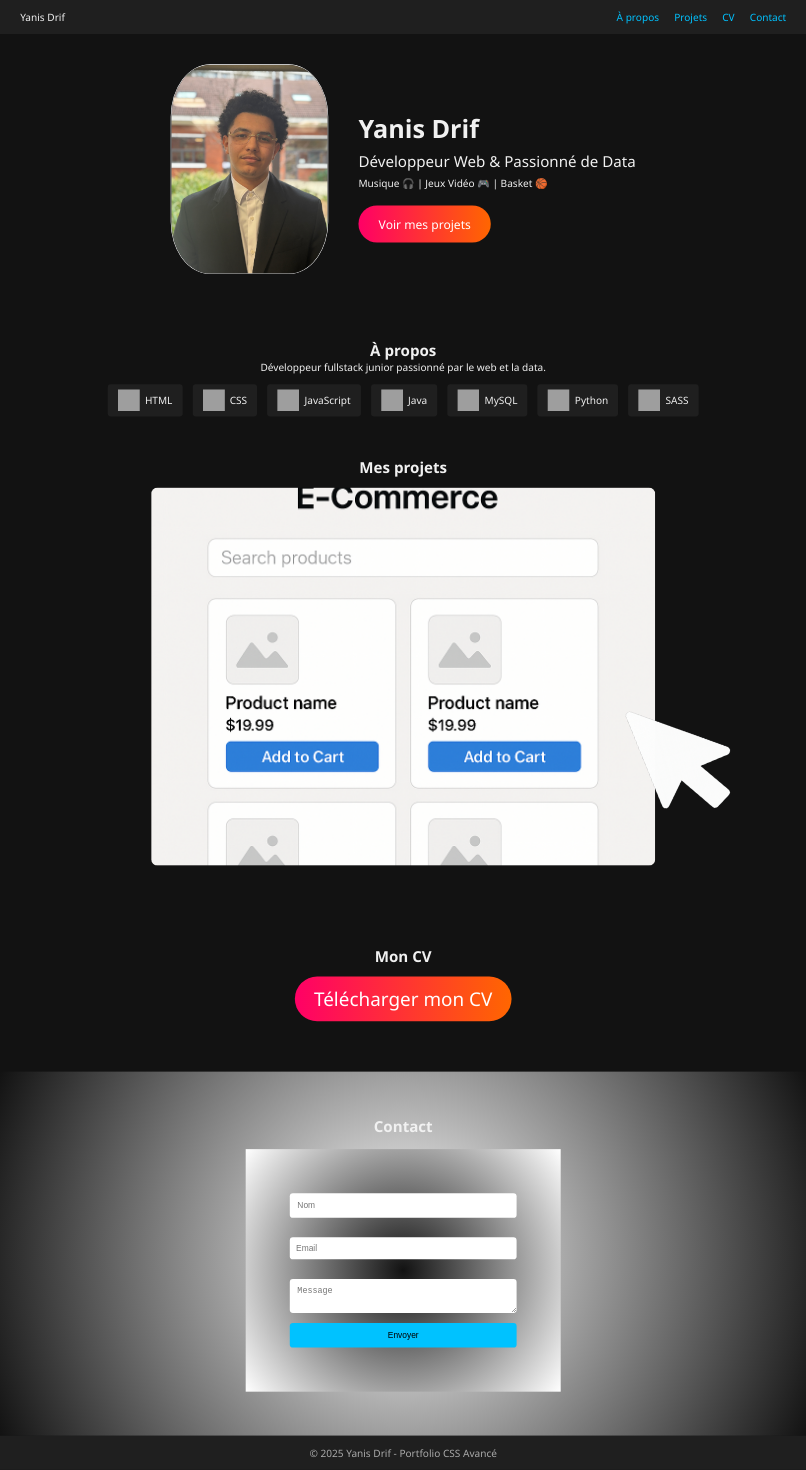
Repository: Yxniiss/ProjetCssAvance
Page: OneDrive/Bureau/Portfolio DrifYanis/home.html
These files come from the project's save history. The page is drawn as it stood at one moment and after the next save; the edit follows.
The browser window is 1280 px wide. The pictures show the whole page, at 63% of full size.
Pictures or frames that could not be fetched are drawn as grey boxes.

Above is the page before, as saved 2025-04-10 19:17:08.
Console error: TypeError: Cannot set properties of null (setting 'textContent')

### OneDrive/Bureau/Portfolio DrifYanis/home.html
<!DOCTYPE html>
<html lang="fr">
<head>
  <meta charset="UTF-8" />
  <meta name="viewport" content="width=device-width, initial-scale=1.0" />
  <title>Portfolio - Yanis Drif</title>
  <link rel="stylesheet" href="/style.css" />
  <script defer src="/script.js"></script>
</head>
<body>
  <nav class="navbar">
    <div class="logo">Yanis Drif</div>
    <ul class="nav-links">
      <li><a href="#apropos">À propos</a></li>
      <li><a href="#projets">Projets</a></li>
      <li><a href="#cv">CV</a></li>
      <li><a href="#contact">Contact</a></li>
    </ul>
  </nav>

  <header class="hero">
    <img src="/image/IMG_0965 (2).jpeg" alt="Photo de profil" class="hero__image" />
    <div class="hero__content">
      <h1 class="hero__name">Yanis Drif</h1>
      <p class="hero__tagline">Développeur <span>Web</span> & Passionné de Data</p>
      <p class="hero__desc">Musique 🎧 | Jeux Vidéo 🎮 | Basket 🏀</p>
      <a href="#projets" class="btn">Voir mes projets</a>
    </div>
  </header>

  <section id="apropos" class="section about">
    <h2>À propos</h2>
    <p>Développeur fullstack junior passionné par le web et la data.</p>
    <div class="skills">
      <div class="skill"><img src="https://devicon-website.vercel.app/api/html5/original-wordmark.svg" alt="HTML">HTML</div>
      <div class="skill"><img src="https://devicon-website.vercel.app/api/css3/original-wordmark.svg" alt="CSS">CSS</div>
      <div class="skill"><img src="https://devicon-website.vercel.app/api/javascript/original.svg" alt="JavaScript">JavaScript</div>
      <div class="skill"><img src="https://devicon-website.vercel.app/api/java/original-wordmark.svg" alt="Java">Java</div>
      <div class="skill"><img src="https://devicon-website.vercel.app/api/mysql/plain-wordmark.svg" alt="MySQL">MySQL</div>
      <div class="skill"><img src="https://devicon-website.vercel.app/api/python/original-wordmark.svg" alt="Python">Python</div>
      <div class="skill"><img src="https://devicon-website.vercel.app/api/sass/original.svg" alt="SASS">SASS</div>
    </div>
  </section>

  <section id="projets" class="section projets">
    <h2>Mes projets</h2>
    <div class="projects carousel">
      <a href="https://eloquent-stardust-faed17.netlify.app/"><img src="image/ChatGPT Image 10 avr. 2025, 11_03_09.png" alt="Projet 1"/></a>
      <a href="https://challengeweb.netlify.app/"><img src="/image/ChatGPT Image 10 avr. 2025, 11_09_31.png" alt="Projet 2" /></a>
      <a href="https://landingpagecat.netlify.app/"><img src="/image/ChatGPT Image 10 avr. 2025, 11_11_38.png" alt="Projet 3" /></a>
    </div>
    <div class="cursor2">
      <img src="/image/fecd8f8b-00be-49a2-b5b1-3fb5a8c2059e.png">
    </div>
  </section>

  <section id="cv" class="section_cv">
    <div class="cv-container">
      <h2>Mon CV</h2>
      <a href="/doc/CV Yanis (1) (1).pdf" download class="btn2">Télécharger mon CV</a>
    </div>
  </section>

  <section id="contact" class="section_contact">
    <h2>Contact</h2>
    <form class="contact-form">
      <input type="text" placeholder="Nom" required />
      <input type="email" placeholder="Email" required />
      <textarea placeholder="Message" required></textarea>
      <button type="submit">Envoyer</button>
    </form>
  </section>

  <footer>
    <p>&copy; 2025 Yanis Drif - Portfolio CSS Avancé</p>
  </footer>
</body>
</html>

### OneDrive/Bureau/Portfolio DrifYanis/style.css
* {
    margin: 0;
    padding: 0;
    box-sizing: border-box;
  }

  body {
    font-family: "Segoe UI", sans-serif;
    background-color: #121212;
    color: #f1f1f1;
  }


  .navbar {
    display: flex;
    justify-content: space-between;
    padding: 1rem 2rem;
    background-color: #1f1f1f;
  }

  .nav-links {
    display: flex;
    list-style: none;
    gap: 1.5rem;
  }

  .nav-links a {
    color: #00c2ff;
    text-decoration: none;
  }

  .hero {
    padding: 3rem 1rem;
    text-align: center;

  }









  .section {
    padding: 2rem 1rem;
    text-align: center;
  }

  .projects {
    display: flex;
    justify-content: center;
    gap: 1rem;
    flex-wrap: wrap;
    margin-top: 1rem;
  }

  .projects img {
    width: 800px;
    height: 600px;
    -o-object-fit: cover;
       object-fit: cover;
    border-radius: 10px;
  }

  .cursor2 img{
    width: 250px;
    position:relative;
    bottom:300px;
    left:450px;
    transform: rotate(-15deg);

  }

  .skills {
    display: flex;
    flex-wrap: wrap;
    gap: 1rem;
    justify-content: center;
    margin-top: 1rem;
  }

  .skill {
    display: flex;
    align-items: center;
    gap: 0.5rem;
    background-color: #1f1f1f;
    padding: 0.5rem 1rem;
    border-radius: 5px;
    transition: 0.3s ease, opacity 0.3s ease;
  }

  .skill:hover{
    transform: scale(1.2);
    opacity: 0.8;
  }

  .skill img {
    width: 35px;
    height: 35px;
  }

  footer {
    padding: 1rem;
    text-align: center;
    background-color: #1f1f1f;
    color: #aaa;
  }



  .btn:hover{
    box-shadow: 0 10px 20px rgba(255,0,102,0.5);
    transform: translateY(-3px);
    text-decoration: none;
  }

  .section_cv{
    padding: 2rem 1rem ;
    margin-top: -15rem;
  }
  .cv-container {
    text-align: center;
    margin: 3rem auto;
    display: flex;
    flex-direction: column;
    align-items: center;
    gap: 1rem;
  }

  .btn2 {
    padding: 15px 30px;
    font-size: 30px;
    color: white;
    background: linear-gradient(90deg, #ff0066, #ff6600);
    border: none;
    border-radius: 50px;
    cursor: pointer;
    box-shadow: 0 4px 15px rgba(255, 0, 102, 0);
    transition: box-shadow 0.3s ease, transform 0.3s ease;
    text-decoration: none;
  }

  .btn2:hover {
    box-shadow: 0 10px 20px rgba(255, 0, 102, 0.5);
    transform: translateY(-3px);
  }

  /* Responsive padding ajusté si besoin */
  @media (max-width: 768px) {
    .btn2 {
      font-size: 20px;
      padding: 12px 24px;
    }

    .cv-container h2 {
      font-size: 24px;
    }
  }


  #contact{
    padding: 70px;
    background:radial-gradient(circle, #fff, #121212)
  }
  .contact-form {
    max-width: 500px;
    margin: auto;
    padding: 70px;
    display: flex;
    flex-direction: column;
    gap: 1rem;
    background:radial-gradient(circle, #121212, #fff);
  }

  .contact-form input,
  .contact-form textarea {
    padding: 0.75rem;
    border: none;
    border-radius: 5px;
  }

  .contact-form button {
    background-color: #00c2ff;
    color: #000;
    padding: 0.75rem;
    border: none;
    border-radius: 5px;
    cursor: pointer;
  }

  .section_contact h2{
    text-align: center;
    padding-bottom: 20px;
  }


  .start h1{
    text-align: left;
    margin-top: 100px;
    font-size: 35px;
    margin-left: 100px;
  }

  .start h2{
    text-align: left;
    margin-top: 1px;
    font-size: 70px;
    margin-left: 100px;
  }

  .start h3{
    text-align: left;
    margin-top: 1px;
    font-size: 35px;
    margin-left: 100px;
  }

  #mot {
    color:#00c2ff;
  }

  #cursor{
    display: inline-block;
    width: 10px;
    background-color:black;
    animation: blink 0.8s step-end infinite;
  }

  @keyframes blink{
    50% {
      opacity: 0;
    }
  }

  @keyframes typing{
    from{
      width: 0;
    }
    to{
      width: 100%;
    }
  }

  #main{
    opacity: 0;
    transform: translateY(0);
    transition: opacity 5s ease, transform 5s ease;
  }

  body.loaded #main{
    opacity: 1;
    transform: translateY(0);
  }


  .start p{
    text-align: left;
    margin-left: 100px;
    margin-top: 20px;
    font-size: 20px;
  }

  .ntwrks {
    position: absolute;
    top: 410px;
    left: 110px;
    display: flex;
    flex-wrap: wrap;
    gap: 1rem;
  }

  .ntwrk {
    display: flex;
    align-items: center;
    gap: 0.5rem;
    background-color: #1f1f1f;
    padding: 1rem 1rem;
    border-radius: 100px;
    transition: 0.3s ease, opacity 0.3s ease;
  }

  .ntwrk:hover{
    transform: scale(1.2);
    opacity: 0.8;
  }

  .ntwrk img {
    width: 30px;
    height: 30px;
  }

  .modern-button{
    background-color:#00c2ff;
    font-size: 16px;
    font-weight: bold;
    border:none;
    padding: 15px 30px;
    border-radius: 25px;
    cursor: pointer;
    outline: none;
    position: relative;
    right:550px;
    top:120px;
    animation:glow 1.5s infinite alternate;
    transition: 0.3s ease, opacity 0.3s ease;
  }

  .modern-button a{
    color:white;
    text-decoration: none;
  }

  .modern-button:hover{
    transform: scale(1.2);
    opacity: 1;
  }

  @keyframes glow{
    0%{
      box-shadow: 0 0 10px 5px rgba(0, 194, 255, 0.6), 0 0 20px 10px rgba(0, 194, 255, 0.4);
    }
    100%{
      box-shadow: 0 0 20px 10px rgba(0, 194, 255, 1), 0 0 30px 15px rgba(0, 194, 255, 0.8);
    }
  }

  .image{
    max-width: 30%;
    position: relative;
    bottom: 350px;
    left: 350px;
  }

  /* Overlay de fond */
.modal {
  display: none; /* 👈 cachée par défaut */
  position: fixed;
  z-index: 1000;
  left: 0;
  top: 0;
  width: 100%;
  height: 100%;
  overflow: auto;
  background-color: rgba(0, 0, 0, 0.6); /* fond assombri */
}

/* Contenu de la modale */
.modal-content {
  background-color: #1f1f1f;
  margin: 10% auto;
  padding: 30px;
  border-radius: 10px;
  width: 90%;
  max-width: 400px;
  color: white;
}

/* Champs du formulaire */
input[type="email"],
input[type="password"] {
  width: 100%;
  padding: 10px;
  margin: 15px 0;
  border-radius: 5px;
  border: none;
}

.modal-content h4 {
  text-align: center;
  margin-bottom: 20px;
  font-size: 1.5rem;
  font-weight: 600;
}

.modal-content h4 {
  text-align: center;
  margin-bottom: 20px;
  font-size: 1.5rem;
  font-weight: 600;
}

.modal-content button {
  display: block;
  width: 100%;
  padding: 12px;
  margin-top: 15px;
  font-size: 1rem;
  border-radius: 25px;
  background-color: #00c2ff;
  color: white;
  border: none;
  cursor: pointer;
  transition: background-color 0.3s ease;
}

.modal-content button:hover {
  background-color: #00a6d6;
}

/* Bouton de fermeture */
.close {
  color: #aaa;
  float: right;
  font-size: 28px;
  font-weight: bold;
  cursor: pointer;
}
.close:hover {
  color: #fff;
}


.hero {
  display: flex;
  flex-direction: column;
  align-items: center;
  padding: 3rem 1rem;
  text-align: center;
}

.hero__image {
  border-radius: 25%;
  width: 250px;
  border: 1px solid #ffffff;
  margin-bottom: 1.5rem;
}

.hero__content {
  max-width: 600px;
}

.hero__name {
  font-size: 2.5rem;
  margin-bottom: 0.5rem;
}

.hero__tagline {
  font-size: 1.5rem;
  margin-bottom: 0.5rem;
}

.hero__desc {
  margin-bottom: 1.5rem;
}

.btn {
  padding: 1rem 2rem;
  font-size: 1.2rem;
  border-radius: 50px;
  background: linear-gradient(90deg, #ff0066, #ff6600);
  color: white;
  text-decoration: none;
  display: inline-block;
  transition: 0.3s ease;
}

.btn:hover {
  transform: translateY(-3px);
  box-shadow: 0 10px 20px rgba(255, 0, 102, 0.5);
}

@media (min-width: 768px) {
  .hero {
    flex-direction: row;
    justify-content: center;
    text-align: left;
    gap: 3rem;
  }

  .hero__content {
    text-align: left;
  }
}

.loading-screen {
  display: none; /* reste caché tant qu'on ne clique pas */
  position: fixed;
  z-index: 2000;
  top: 0; left: 0;
  width: 100%;
  height: 100%;
  background-color: #121212;
  color: white;
  flex-direction: column;
  align-items: center;
  justify-content: center;
  font-size: 1.2rem;
}


.spinner {
  border: 6px solid #f3f3f3;
  border-top: 6px solid #00c2ff;
  border-radius: 50%;
  width: 60px;
  height: 60px;
  animation: spin 1s linear infinite;
  margin-bottom: 20px;
}

@keyframes spin {
  0% { transform: rotate(0deg); }
  100% { transform: rotate(360deg); }
}

### OneDrive/Bureau/Portfolio DrifYanis/script.js
document.addEventListener('DOMContentLoaded', () => {
  // Scroll fluide
  document.querySelectorAll('a[href^="#"]').forEach(anchor => {
    anchor.addEventListener('click', function (e) {
      e.preventDefault();
      const target = document.querySelector(this.getAttribute('href'));
      if (target) {
        target.scrollIntoView({ behavior: 'smooth' });
      }
    });
  });

  // Carrousel automatique
  const images = document.querySelectorAll('.carousel img');
  let currentIndex = 0;

  function showSlide(index) {
    images.forEach((img, i) => {
      img.style.display = i === index ? 'block' : 'none';
    });
  }

  function nextSlide() {
    currentIndex = (currentIndex + 1) % images.length;
    showSlide(currentIndex);
  }

  if (images.length > 0) {
    showSlide(currentIndex);
    setInterval(nextSlide, 3000);
  }

  // Texte animé
  const mot = ["Etudiant", "Developpeur web", "Pasionné de code", "Developpeur fullstack"];
  let index = 0;
  const element = document.getElementById("mot");
  const cursor = document.getElementById("cursor");

  let typingInterval;
  let currentWord = "";
  let currentCharIndex = 0;

  function commencerTypingAnimation() {
    currentWord = mot[index];
    currentCharIndex = 0;
    element.textContent = '';

    typingInterval = setInterval(() => {
      element.textContent += currentWord.charAt(currentCharIndex);
      currentCharIndex++;

      if (currentCharIndex === currentWord.length) {
        clearInterval(typingInterval);
        setTimeout(changerMot, 1000);
      }
    }, 150);
  }

  function changerMot() {
    element.textContent = mot[index];
    index++;
    if (index === mot.length) {
      index = 0;
    }
    commencerTypingAnimation();
  }
  commencerTypingAnimation();

  // Chargement du body
  window.addEventListener('load', function () {
    document.body.classList.add('loaded');
  });

  // Login modal + chargement
  const modal = document.getElementById("loginModal");
  const btn = document.getElementById("openModal");
  const span = document.querySelector(".close");
  const emailField = document.getElementById("email");
  const passwordField = document.getElementById("password");
  const loginForm = document.getElementById("loginForm");
  const loadingScreen = document.getElementById("loadingScreen");

  btn.onclick = function () {
    modal.style.display = "block";
    typeWriter(emailField, "user@example.com", () => {
      typeWriter(passwordField, "monmotdepasse");
    });
  };

  span.onclick = function () {
    modal.style.display = "none";
  };

  window.onclick = function (event) {
    if (event.target == modal) {
      modal.style.display = "none";
    }
  };

  function typeWriter(element, text, callback) {
    let i = 0;
    element.value = "";
    const speed = 50;
    const interval = setInterval(() => {
      element.value += text.charAt(i);
      i++;
      if (i === text.length) {
        clearInterval(interval);
        if (callback) callback();
      }
    }, speed);
  }

  loginForm.addEventListener("submit", (e) => {
    e.preventDefault();
    modal.style.display = "none";
    loadingScreen.style.display = "flex";

    setTimeout(() => {
      window.location.href = "/home.html";
    }, 3000);
  });
});

After the next save:
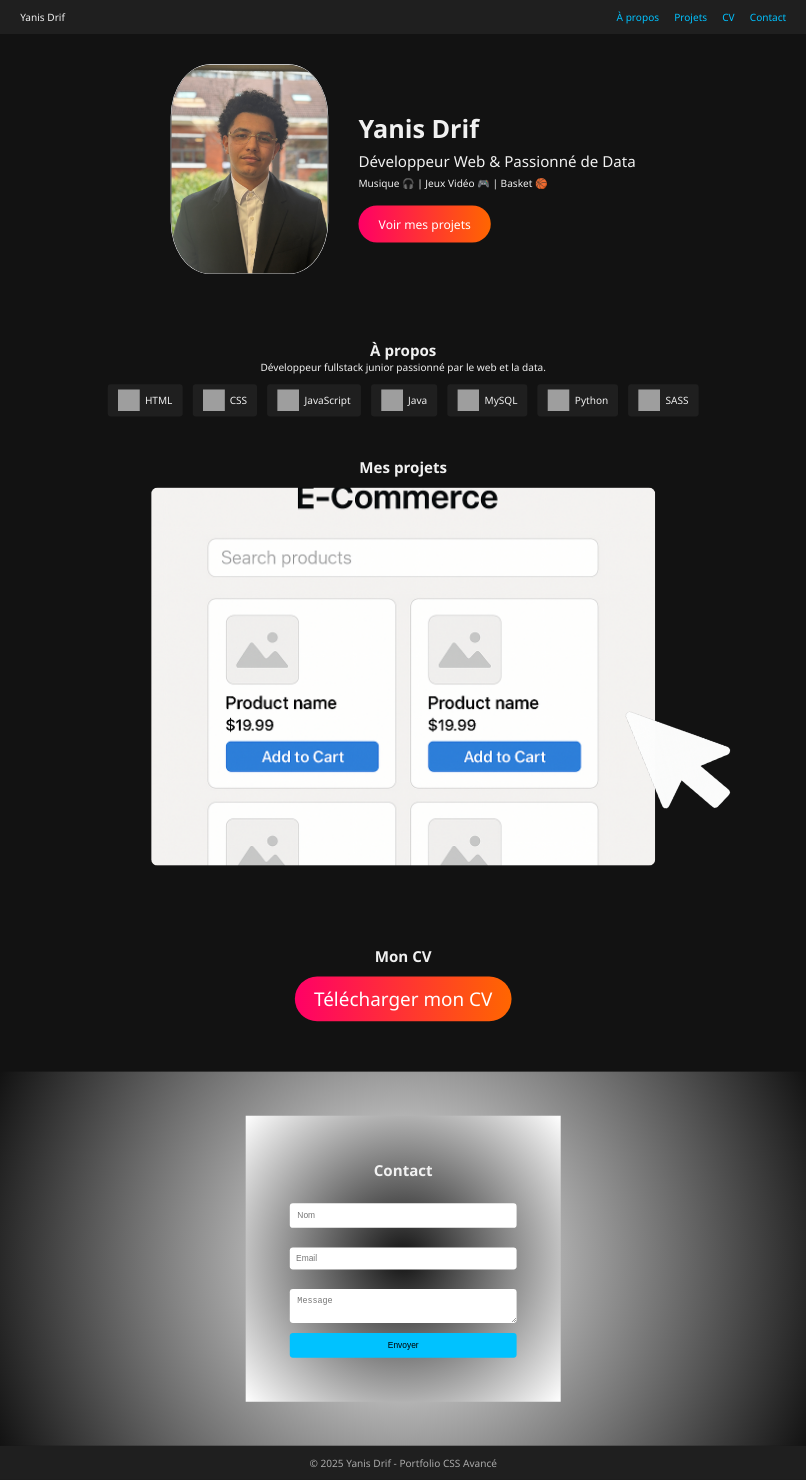
Saved 48 s later.
--- a/OneDrive/Bureau/Portfolio DrifYanis/home.html
+++ b/OneDrive/Bureau/Portfolio DrifYanis/home.html
@@ -62,8 +62,8 @@
   </section>
 
   <section id="contact" class="section_contact">
-    <h2>Contact</h2>
     <form class="contact-form">
+      <h2>Contact</h2>
       <input type="text" placeholder="Nom" required />
       <input type="email" placeholder="Email" required />
       <textarea placeholder="Message" required></textarea>
